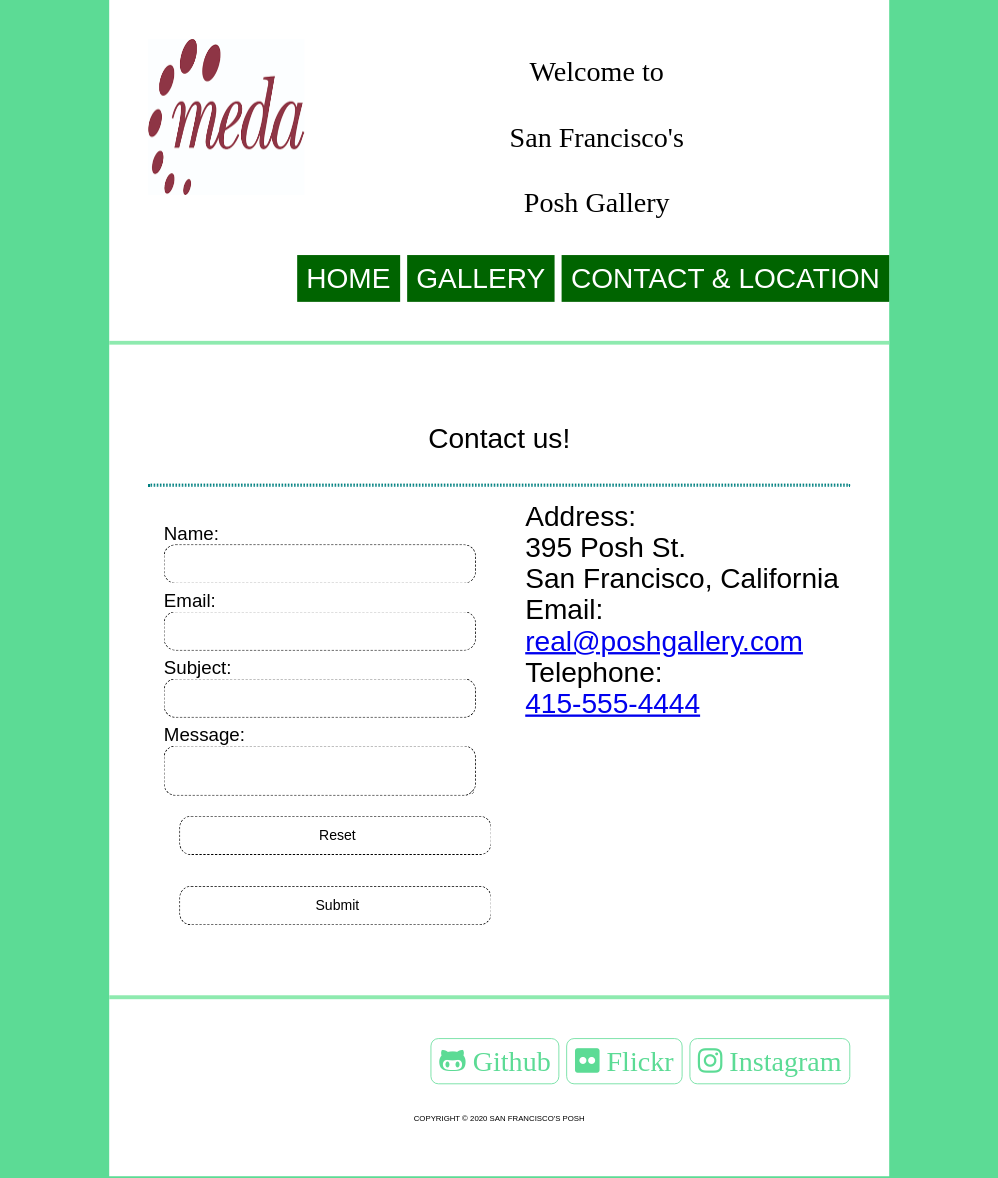
Repository: seleniadelgado/meda-spring2020-angie
Page: practice/html/week_4/multipage-css/contact.html
These files come from the project's save history. The page is drawn as it stood at one moment and after the next save; the edit follows.
The browser window is 1280 px wide. The pictures show the whole page, at 78% of full size.

Above is the page before, as saved 2020-02-13 11:49:40.

After the next save:
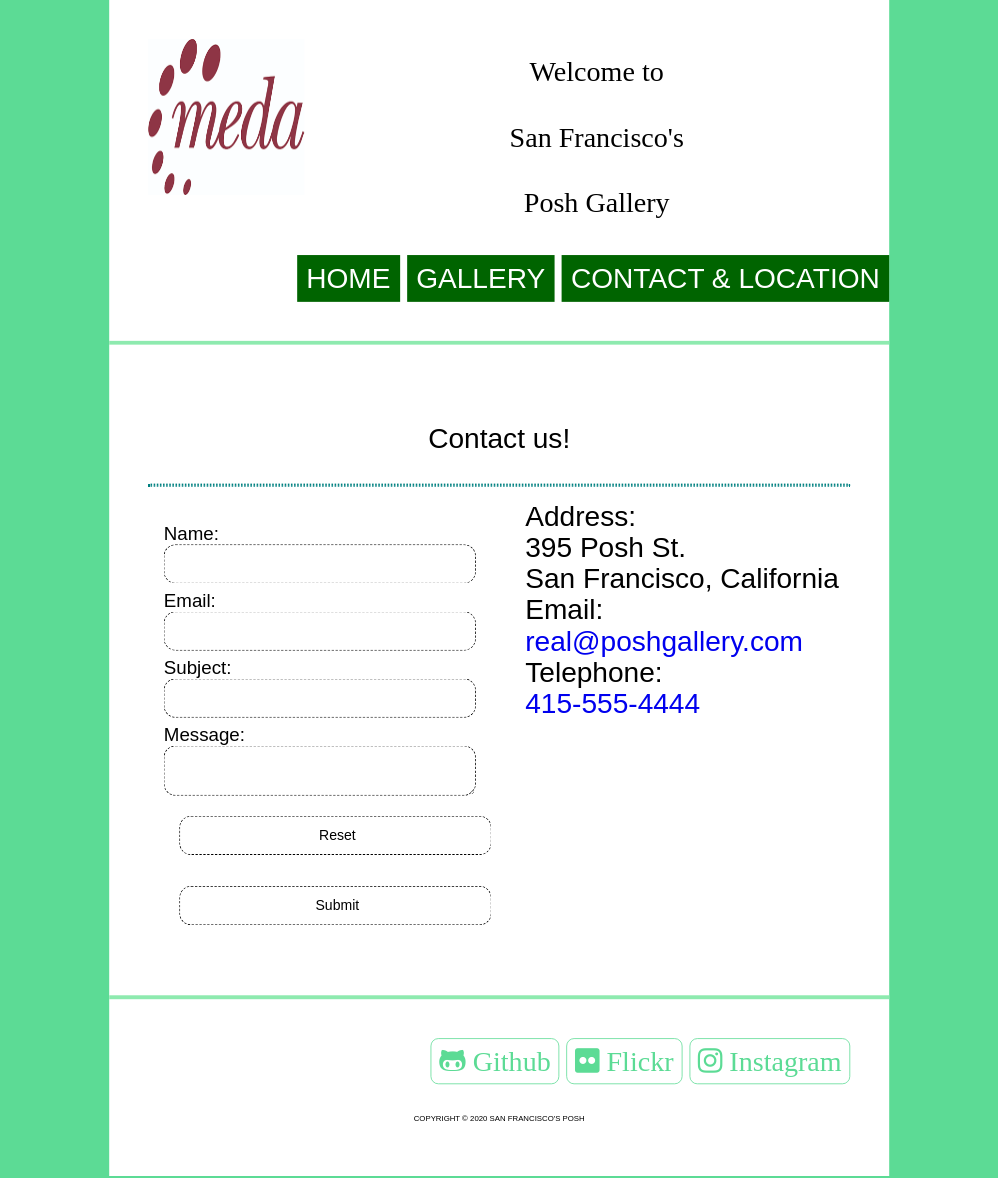
Saved 11 s later.
--- a/practice/html/week_4/multipage-css/styles/style.css
+++ b/practice/html/week_4/multipage-css/styles/style.css
@@ -198,7 +198,7 @@ main#homepage p {
     line-height: 40px;
     color: black;
 }
-#additional-info > a {
+#additional-info dd a {
     text-decoration: none;
 }
 
